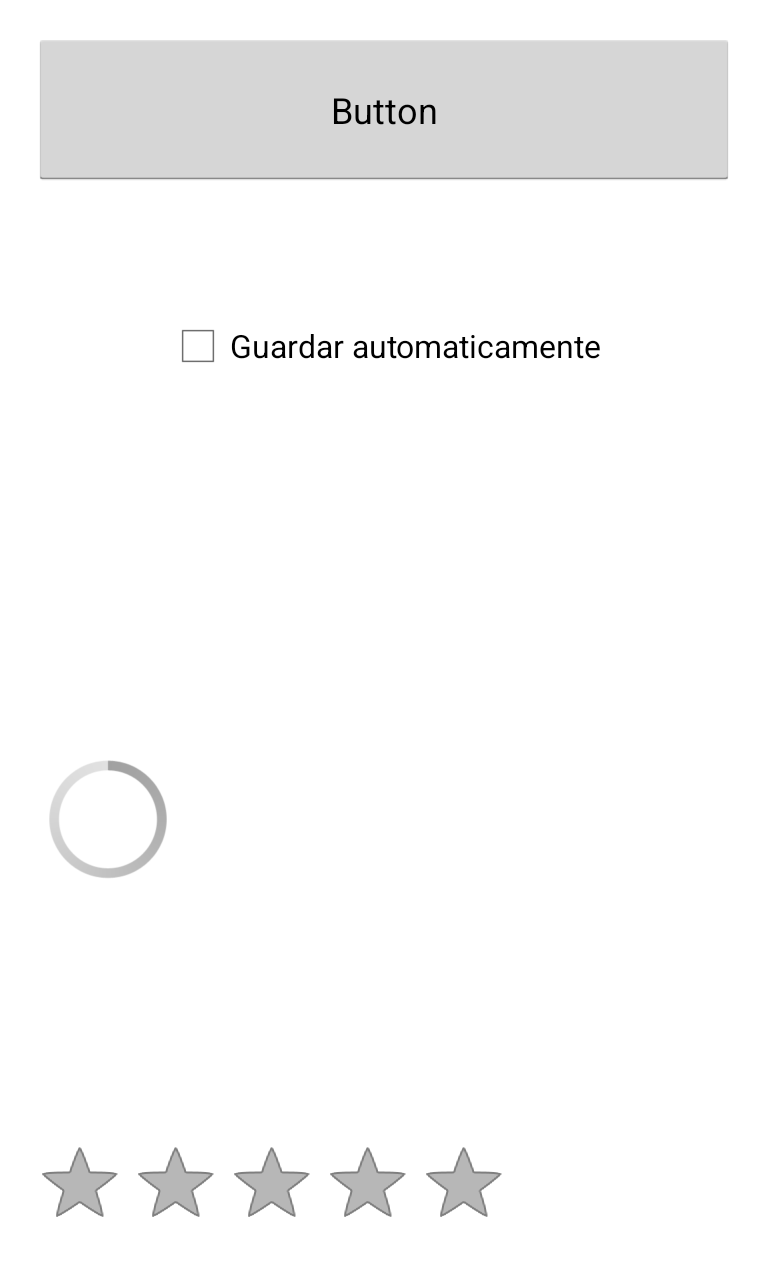
Repository: Arekjaar/workspace_Android
Layout: PrimerasVistas/res/layout/activity_main.xml
These files come from the project's save history. The layout is drawn as it stood at one moment and after the next save; the edit follows.
It is drawn on a 768 x 1280 px phone screen (xhdpi) without system bars, with theme AppTheme; the app's code is not run.

Above is the layout before, as saved 2014-03-04 20:44:22.

### PrimerasVistas/res/layout/activity_main.xml
<LinearLayout xmlns:android="http://schemas.android.com/apk/res/android"
    xmlns:tools="http://schemas.android.com/tools"
    android:id="@+id/LinearLayout1"
    android:layout_width="match_parent"
    android:layout_height="match_parent"
    android:orientation="vertical"
    android:paddingBottom="@dimen/activity_vertical_margin"
    android:paddingLeft="@dimen/activity_horizontal_margin"
    android:paddingRight="@dimen/activity_horizontal_margin"
    android:paddingTop="@dimen/activity_vertical_margin"
    tools:context=".MainActivity" >

    <Button
        android:id="@+id/button1"
        android:layout_width="match_parent"
        android:layout_height="wrap_content"
        android:layout_weight="0.5"
       	android:text="Button" />


    <CheckBox
        android:id="@+id/checkBox1"
        android:layout_width="wrap_content"
        android:layout_height="0dp"
        android:layout_gravity="center_horizontal"
        android:layout_margin="20dp"
        android:layout_weight="2"
        android:text="Guardar automaticamente" />

    <ProgressBar
        android:id="@+id/progressBar1"
        style="?android:attr/progressBarStyleLarge"
        android:layout_width="wrap_content"
        android:layout_height="wrap_content"
        android:layout_weight="4" />

    <RatingBar
        android:id="@+id/ratingBar1"
        android:layout_width="wrap_content"
        android:layout_height="wrap_content" />

</LinearLayout>

Loaded but not shown: PrimerasVistas/res/values/styles.xml (common file); PrimerasVistas/res/values-v11/styles.xml (common file); PrimerasVistas/res/values-v14/styles.xml (common file); PrimerasVistas/res/values/dimens.xml (common file)

After the next save:
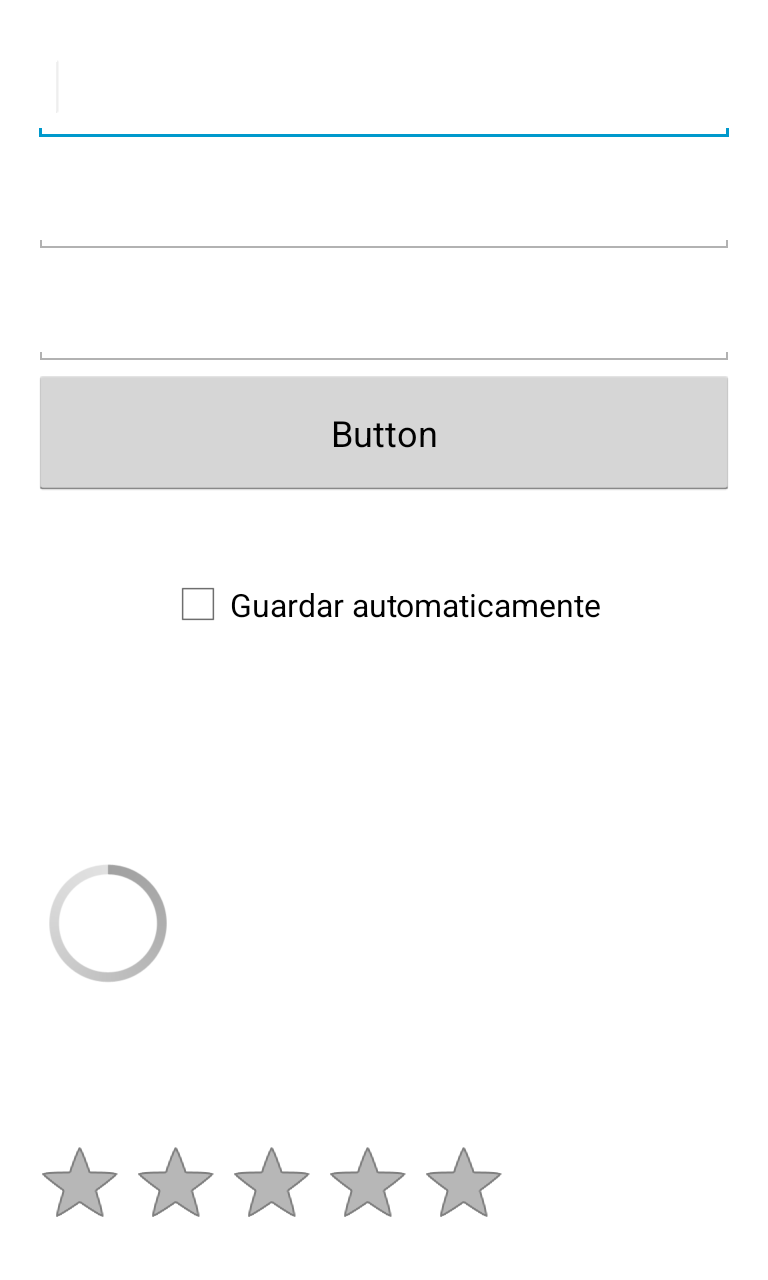
Saved 22 h 59 min later.
--- a/PrimerasVistas/res/layout/activity_main.xml
+++ b/PrimerasVistas/res/layout/activity_main.xml
@@ -9,6 +9,32 @@
     android:paddingRight="@dimen/activity_horizontal_margin"
     android:paddingTop="@dimen/activity_vertical_margin"
     tools:context=".MainActivity" >
+
+    <EditText
+        android:id="@+id/editText1"
+        android:layout_width="match_parent"
+        android:layout_height="wrap_content"
+        android:layout_weight="0.5"
+        android:ems="10" >
+
+        <requestFocus />
+    </EditText>
+
+    <EditText
+        android:id="@+id/editText2"
+        android:layout_width="match_parent"
+        android:layout_height="wrap_content"
+        android:layout_weight="0.5"
+        android:ems="10"
+        android:inputType="textPersonName" />
+
+    <EditText
+        android:id="@+id/editText3"
+        android:layout_width="match_parent"
+        android:layout_height="wrap_content"
+        android:layout_weight="0.5"
+        android:ems="10"
+        android:inputType="textPassword" />
 
     <Button
         android:id="@+id/button1"
